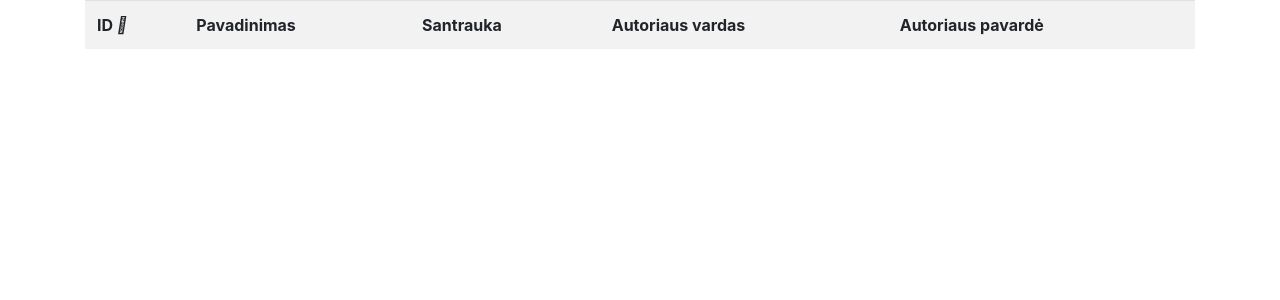
Repository: motiejus1/17-paskaita-PHP-05.31
Page: http://localhost/
The author's editor kept a copy of each file at every save. The page is drawn from the files as they stood at one save, then again after the next save.
The browser window is 1280 px wide. The pictures show the whole page.
Some web libraries are served in a nearby version. The page is run by PHP 8.4 with error messages shown; the project is at /var/www/html/. Queries for data that is not in the repository find no rows.

Above is the page before, as saved 2021-09-16 19:00:59.

### index.php
<?php
    require_once("connection.php");
?>

<!DOCTYPE html>
<html lang="lt">
<head>
    <meta charset="UTF-8">
    <meta http-equiv="X-UA-Compatible" content="IE=edge">
    <meta name="viewport" content="width=device-width, initial-scale=1.0">
    <title>17 paskaita</title>
    <?php require_once("includes.php"); ?>
</head>
<body>
    <div class="container">
        <table class="table table-striped">

            <tr>
                <th>ID <i class="fas fa-arrow-up"></i></th>
                <th>Pavadinimas</th>
                <th>Santrauka</th>
                <th>Autoriaus vardas</th>
                <th>Autoriaus pavardė</th>
            </tr>

            <?php

            $sql = "SELECT knygos.ID, knygos.pavadinimas, knygos.santrauka, autoriai.vardas, autoriai.pavarde FROM `knygos`
            LEFT JOIN autoriai ON knygos.autoriai_id = autoriai.ID
            WHERE 1";

            $result = $conn->query($sql);

            while($books = mysqli_fetch_array($result)) {
                echo "<tr>";
                   echo "<td>". $books["ID"]."</td>";
                   echo "<td>". $books["pavadinimas"]."</td>";
                   echo "<td>". $books["santrauka"]."</td>";
                   echo "<td>". $books["vardas"]."</td>";
                   echo "<td>". $books["pavarde"]."</td>";
                echo "</tr>";
            }

            ?>
        </table>
    </div>
    <?php
    //ajax - tai yra irankis, kuris mums be perkrovimo leidzia kreiptis i duomenu

    //1. nauja duomenu baze, knygos ir autoriai
    //2. knygos
        // ID - unikalus numeris
        // Pavadinimas -
        // Santrauka -
        //autoriai_id -
    //3. autoriai
        // ID
        // Varda
        // Pavarde
        // Slapyvardis
    //4. left join

    //5. Pameginsime atvaizduoti lenteleje

    //6. Rikiavimas pagal stulpelius. AJAX principu.



    ?>

    <script src="script.js"></script>
</body>
</html>

### connection.php
<?php

$database_server = 'localhost';
$database_username = 'root';
$database_password = '';
$database_name = 'knyguvaldymosistema';

// Create connection using mysqli_connect()
$conn = mysqli_connect($database_server, $database_username, $database_password, $database_name);

// If $conn is false, connection is failed
if (!$conn ) {
  die("Failed to connect to MySQL: " . mysqli_connect_error());
}

mysqli_set_charset($conn,"utf8");
// else {
    // echo "Prisijungimas ivyko sekmingai";
// }

?>

### includes.php
<?php

echo '
<link rel="stylesheet" href="https://maxcdn.bootstrapcdn.com/bootstrap/4.0.0/css/bootstrap.min.css" integrity="sha384-Gn5384xqQ1aoWXA+058RXPxPg6fy4IWvTNh0E263XmFcJlSAwiGgFAW/dAiS6JXm" crossorigin="anonymous">
<script src="https://code.jquery.com/jquery-3.2.1.min.js"></script>
<script src="https://cdnjs.cloudflare.com/ajax/libs/popper.js/1.12.9/umd/popper.min.js" integrity="sha384-ApNbgh9B+Y1QKtv3Rn7W3mgPxhU9K/ScQsAP7hUibX39j7fakFPskvXusvfa0b4Q" crossorigin="anonymous"></script>
<script src="https://maxcdn.bootstrapcdn.com/bootstrap/4.0.0/js/bootstrap.min.js" integrity="sha384-JZR6Spejh4U02d8jOt6vLEHfe/JQGiRRSQQxSfFWpi1MquVdAyjUar5+76PVCmYl" crossorigin="anonymous"></script>


';
?>
<link
  href="http://cdnjs.cloudflare.com/ajax/libs/font-awesome/4.3.0/css/font-awesome.css"
  rel="stylesheet"  type='text/css'>

Loaded but not shown: script.js (no copy from this time; the picture is the same without it)

After the next save:
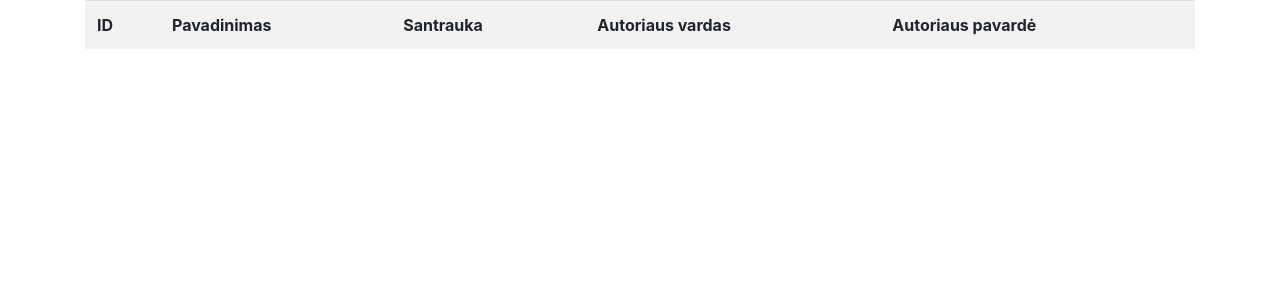
Saved 36 s later.
--- a/includes.php
+++ b/includes.php
@@ -9,6 +9,6 @@
 
 ';
 ?>
-<link
+<!-- <link
   href="http://cdnjs.cloudflare.com/ajax/libs/font-awesome/4.3.0/css/font-awesome.css"
-  rel="stylesheet"  type='text/css'>
+  rel="stylesheet"  type='text/css'> -->

After the save that followed:
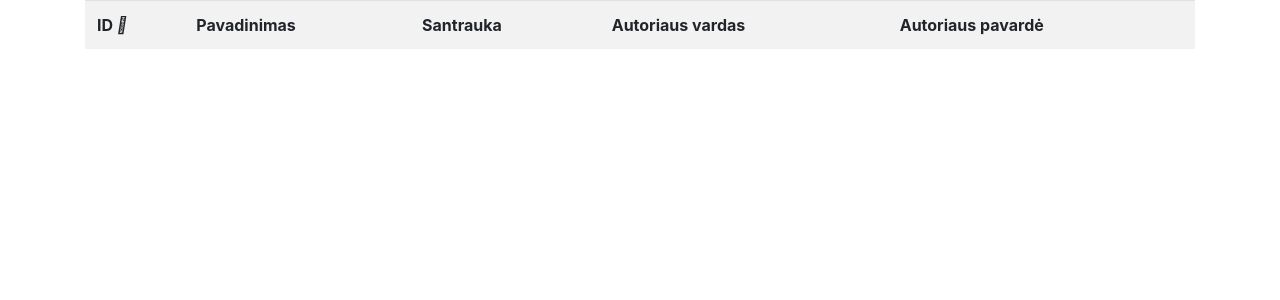
Saved 20 s later.
--- a/includes.php
+++ b/includes.php
@@ -9,6 +9,6 @@
 
 ';
 ?>
-<!-- <link
+<link
   href="http://cdnjs.cloudflare.com/ajax/libs/font-awesome/4.3.0/css/font-awesome.css"
-  rel="stylesheet"  type='text/css'> -->
+  rel="stylesheet"  type='text/css'>
